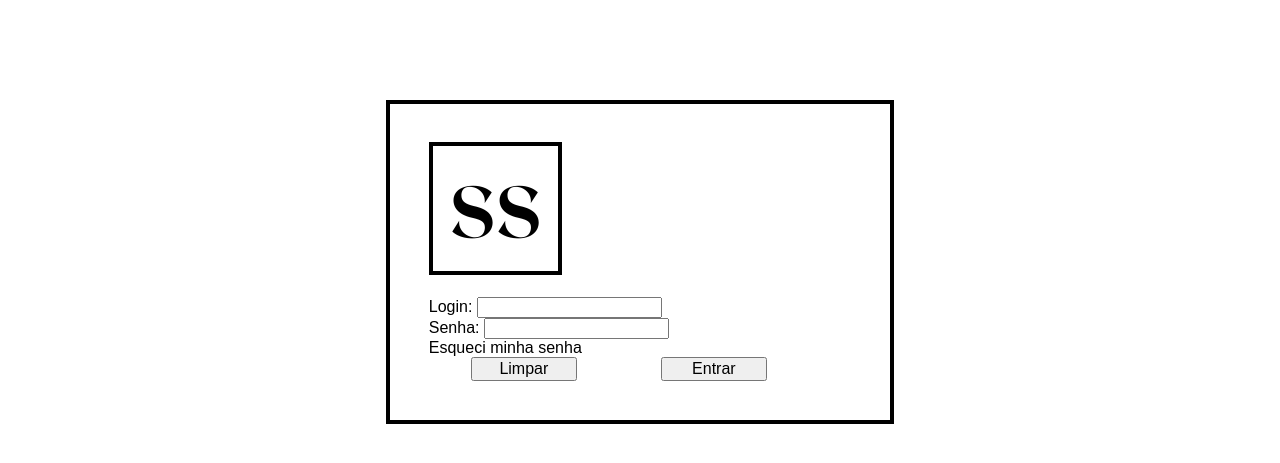
Repository: FaculdadeSenaiJoinville/PiMichelBaade
Page: http://localhost/ProjetoIndividual/
These files come from the project's save history. The page is drawn as it stood at one moment and after the next save; the edit follows.
The browser window is 1280 px wide. The pictures show the whole page.
The page is served by Tomcat 9.

Above is the page before, as saved 2021-08-11 00:00:13.

After the next save:
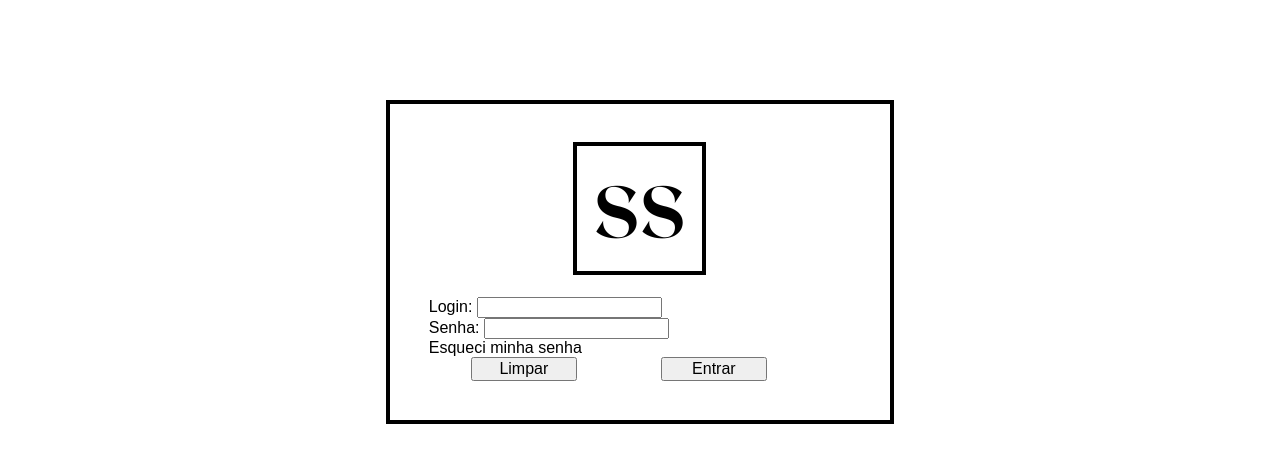
Saved 14 s later.
--- a/ProjetoIndividual/WebContent/css/site.css
+++ b/ProjetoIndividual/WebContent/css/site.css
@@ -18,7 +18,7 @@ form{
 	height: 33%;
 	padding: 3%;
 }
-div .logo{
+#logo{
   text-align: center;
 }
 a {
